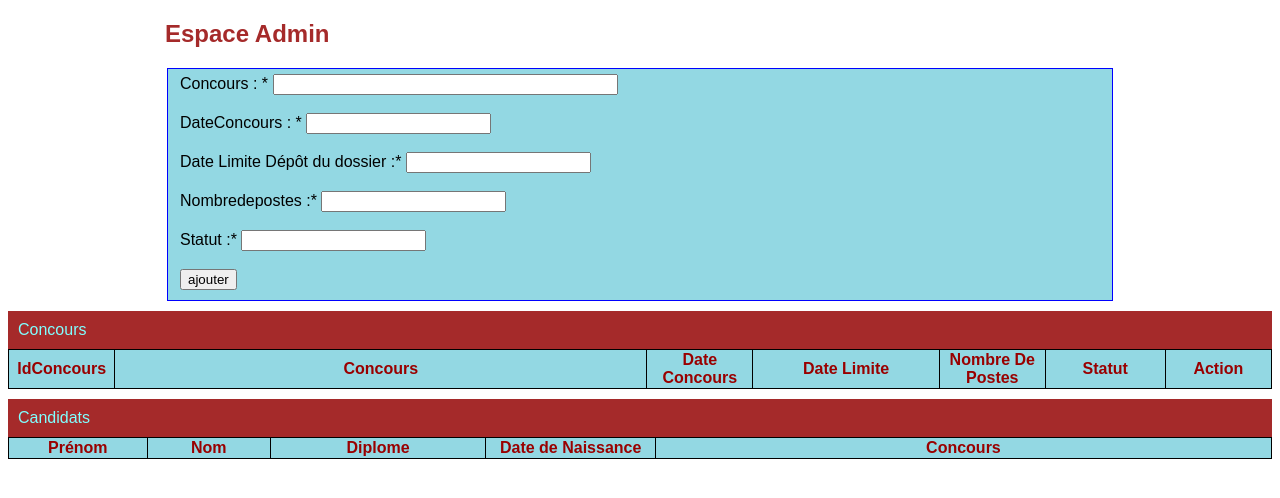
Repository: yahouari/Stage2019
Page: http://localhost/test/Gestion.jsp
An editor plug-in stored every save of this project. The page is shown before and after the next save, followed by the edit.
The browser window is 1280 px wide. The pictures show the whole page.
The page is served by Tomcat 9. Other server files are loaded and not shown. Queries for data that is not in the repository find no rows.

Above is the page before, as saved 2019-07-29 09:15:55.

### test/WebContent/Gestion.jsp
<%@ page pageEncoding="UTF-8" %>
<!DOCTYPE html>
<html>
<head>
		<meta charset="utf-8" />
		<link type="text/css" rel="stylesheet" href="inc/gest.css" />
        <title> Espace Admin</title>
</head>
<body>

        <div>
            <form method="get" action="GestionServlet">
            <h2><font color="brown"> Espace Admin</font></h2>

			  <fieldset>

			  <label for="Concours">Concours : <span class="requis">*</span></label>
              <input type="text" id="Concours" name="Concours" value="" size="40" maxlength="40" />
              <br />
              <br />

              <label for="DateConcours">DateConcours : <span class="requis">*</span></label>
              <input type="text" id="dateConcours" name="dateConcours" value="" size="20" maxlength="20" />
              <br />
              <br />

              <label for="DateLimite">Date Limite Dépôt du dossier :<span class="requis">*</span></label>
              <input type="text" id="DateLimite" name="DateLimite" value="" size="20" maxlength="20" />
              <br />
              <br />

              <label for="nombredepostes">Nombredepostes :<span class="requis">*</span></label>
              <input type="text" id="nombredepostes" name="nombredepostes" value="" size="20" maxlength="20" />
              <br />
              <br />
               <label for="statut">Statut :<span class="requis">*</span></label>
              <input type="text" id="statut" name="statut" value="" size="20" maxlength="20" />
              <br />
              <br />



              <input type="submit" value="ajouter"  />
              <form>



			  </fieldset>

        </div>
         <legend>Concours</legend>

    <div >



              <table >
                    <tbody>
                    <tr bgcolor="#93d8e3" >
                    <th style="width:8%">IdConcours</th>

                    <th style="width:40%">Concours</th>
                    <th style="width:8%">Date Concours</th>
                    <th style="width:14%">Date Limite</th>
		            <th style="width:8%">Nombre De Postes</th>

		            <th style="width:9%">Statut</th>
		            <th style="width:8%">Action</th>

                    </tr>
                    <%@page import="java.sql.Connection"%>
					<%@page import="java.sql.DriverManager"%>
					<%@page import="java.sql.PreparedStatement"%>
					<%@page import="java.sql.ResultSet"%>
                  <%
                try {
                	Class.forName("com.mysql.jdbc.Driver");

                    Connection cn = DriverManager.getConnection("jdbc:mysql://localhost:3306/form","root","");

                    PreparedStatement statement = cn.prepareStatement("SELECT * FROM `gestion` order by idg");
                    ResultSet Rs = statement.executeQuery() ;


                    while (Rs.next()) {
            %>
            <tr class="info">
                <td><%=Rs.getString("idg")%></td>
                <td><%=Rs.getString("concours")%></td>
                <td><%=Rs.getString("dateconcours")%></td>
                <td><%=Rs.getString("datelimite")%></td>
                <td><%=Rs.getString("nombredepostes")%></td>
                <td><%=Rs.getString("Statut")%></td>

            </tr>
            <%
                    }

                } catch (Exception e) {
                    e.printStackTrace();
                }
            %>
        </table>
    </div>

    <legend>Candidats</legend>

    <div >



              <table >
                    <tbody>
                    <tr bgcolor="#93d8e3" >
                    <th style="width:9%">Prénom</th>
                    <th style="width:8%">Nom</th>
                    <th style="width:14%">Diplome</th>
		            <th style="width:11%">Date de Naissance</th>

		            <th style="width:40%">Concours</th>

                    </tr>
                    <%@page import="java.sql.Connection"%>
					<%@page import="java.sql.DriverManager"%>
					<%@page import="java.sql.PreparedStatement"%>
					<%@page import="java.sql.ResultSet"%>
                  <%
                try {
                	Class.forName("com.mysql.jdbc.Driver");

                    Connection cn = DriverManager.getConnection("jdbc:mysql://localhost:3306/form","root","");

                    PreparedStatement statement = cn.prepareStatement("select * from candidat");
                    ResultSet Rs = statement.executeQuery() ;


                    while (Rs.next()) {
            %>
            <tr class="info">
                <td><%=Rs.getString("prenom")%></td>
                <td><%=Rs.getString("nom")%></td>
                <td><%=Rs.getString("diplome")%></td>
                <td><%=Rs.getString("date_naissance")%></td>
                <td><%=Rs.getString("concours")%></td>
            </tr>
            <%
                    }

                } catch (Exception e) {
                    e.printStackTrace();
                }
            %>
        </table>














    </div>





</body>
</html>

### test/WebContent/inc/gest.css
@charset "UTF-8";
html {
  font-family: sans-serif;
}

form {
  width: 950px;
  margin: 0 auto;
}

div {
  margin-bottom: 10px;
}

fieldset {
  background: #93d8e3;
  border: 1px solid blue;
}

legend {
  padding: 10px;
  background: brown;
  color: #80ffff;
}

#otherValue
{
  display: none;
}

#other:checked ~ #otherValue
{
  display: inline-block;
}
table
{
    border-collapse: collapse;
    color: #900;

}
td, th /* Mettre une bordure sur les td ET les th */
{
    border: 1px solid black;
    color: #900;
}

After the next save:
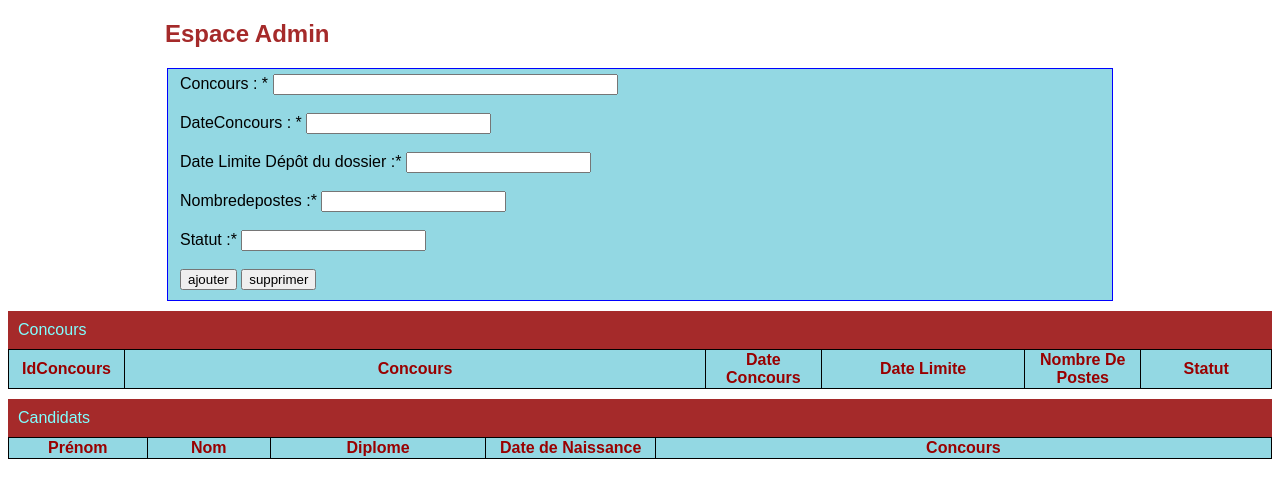
Saved 27 s later.
--- a/test/WebContent/Gestion.jsp
+++ b/test/WebContent/Gestion.jsp
@@ -44,7 +44,7 @@
               <form>
 
 
-
+			  <input type="submit" value="supprimer"  />
 			  </fieldset>
 
         </div>
@@ -65,7 +65,6 @@
 		            <th style="width:8%">Nombre De Postes</th>
 
 		            <th style="width:9%">Statut</th>
-		            <th style="width:8%">Action</th>
 
                     </tr>
                     <%@page import="java.sql.Connection"%>
